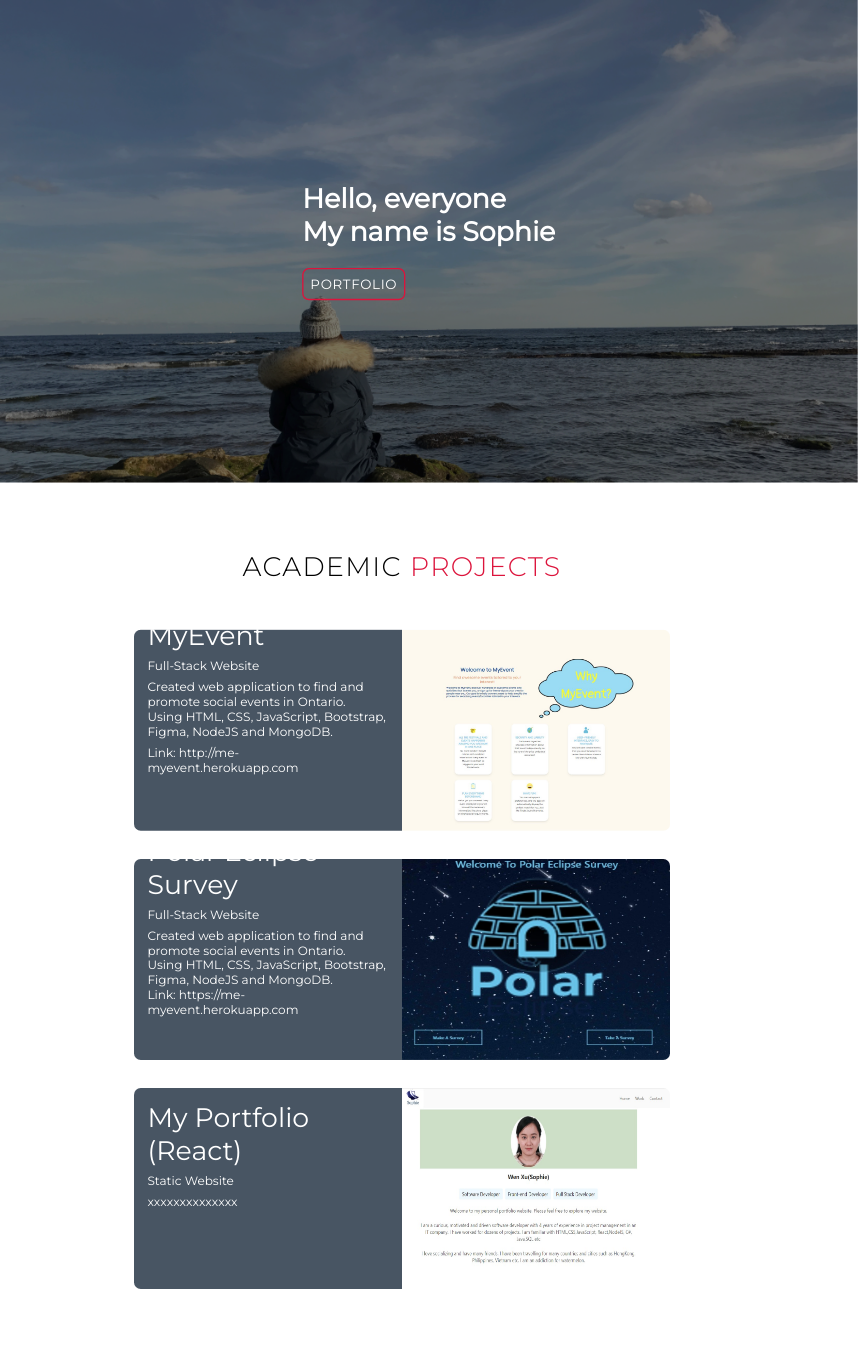
Repository: wenxi0504/StaticWebsite_Profolio
Page: index.html
An editor plug-in stored every save of this project. The page is shown before and after the next save, followed by the edit.
The browser window is 1280 px wide. The pictures show the whole page, at 67% of full size.

Above is the page before, as saved 2022-03-03 23:21:18.

After the next save:
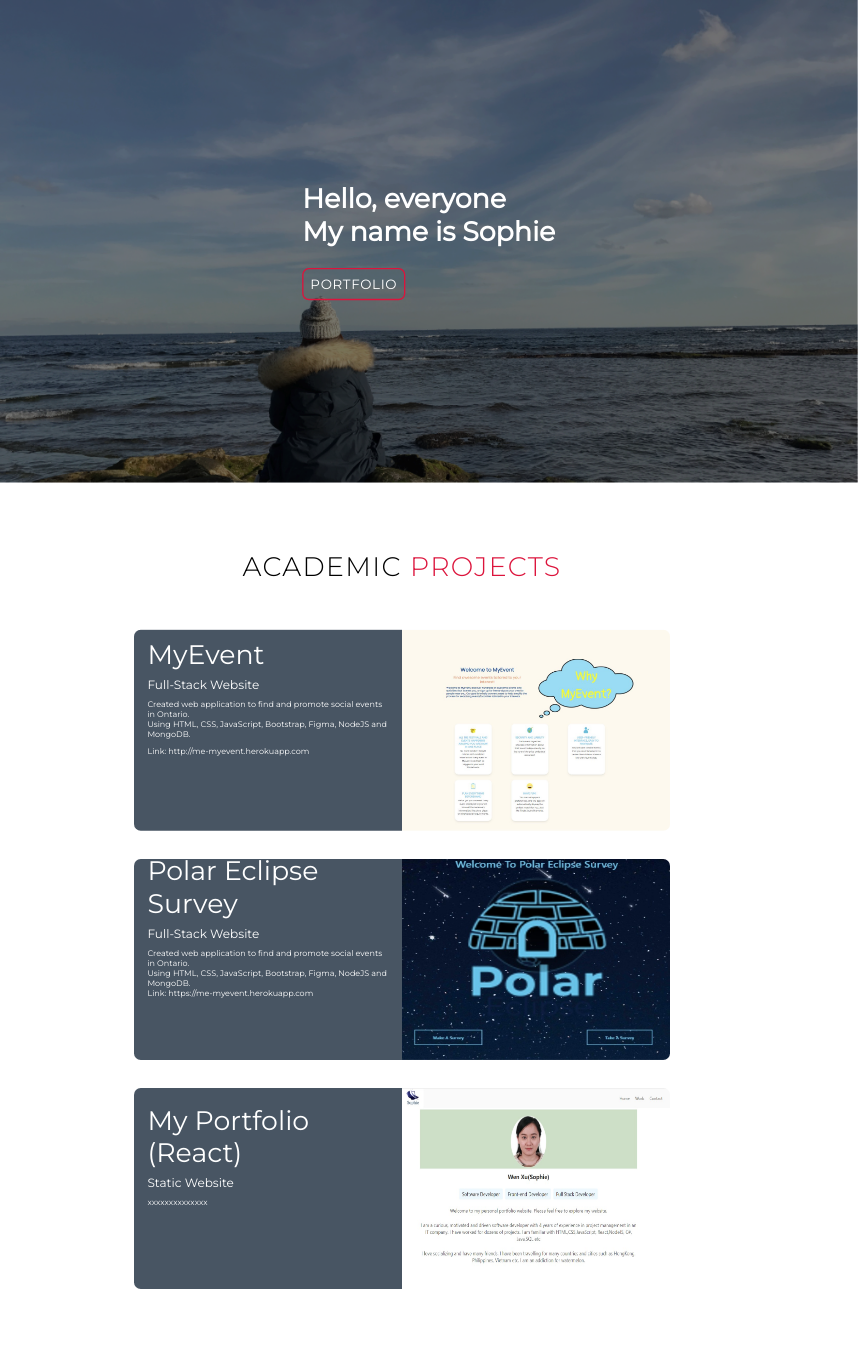
Saved 7 s later.
--- a/style.css
+++ b/style.css
@@ -206,7 +206,7 @@ animation-delay:0.5s
 }
 #projects .project-info p {
 	color: white;
-  font-size: 1.8rem;
+  font-size: 1.2rem;
   /* padding-top: 10px; */
   margin-top: 10px;
 }
